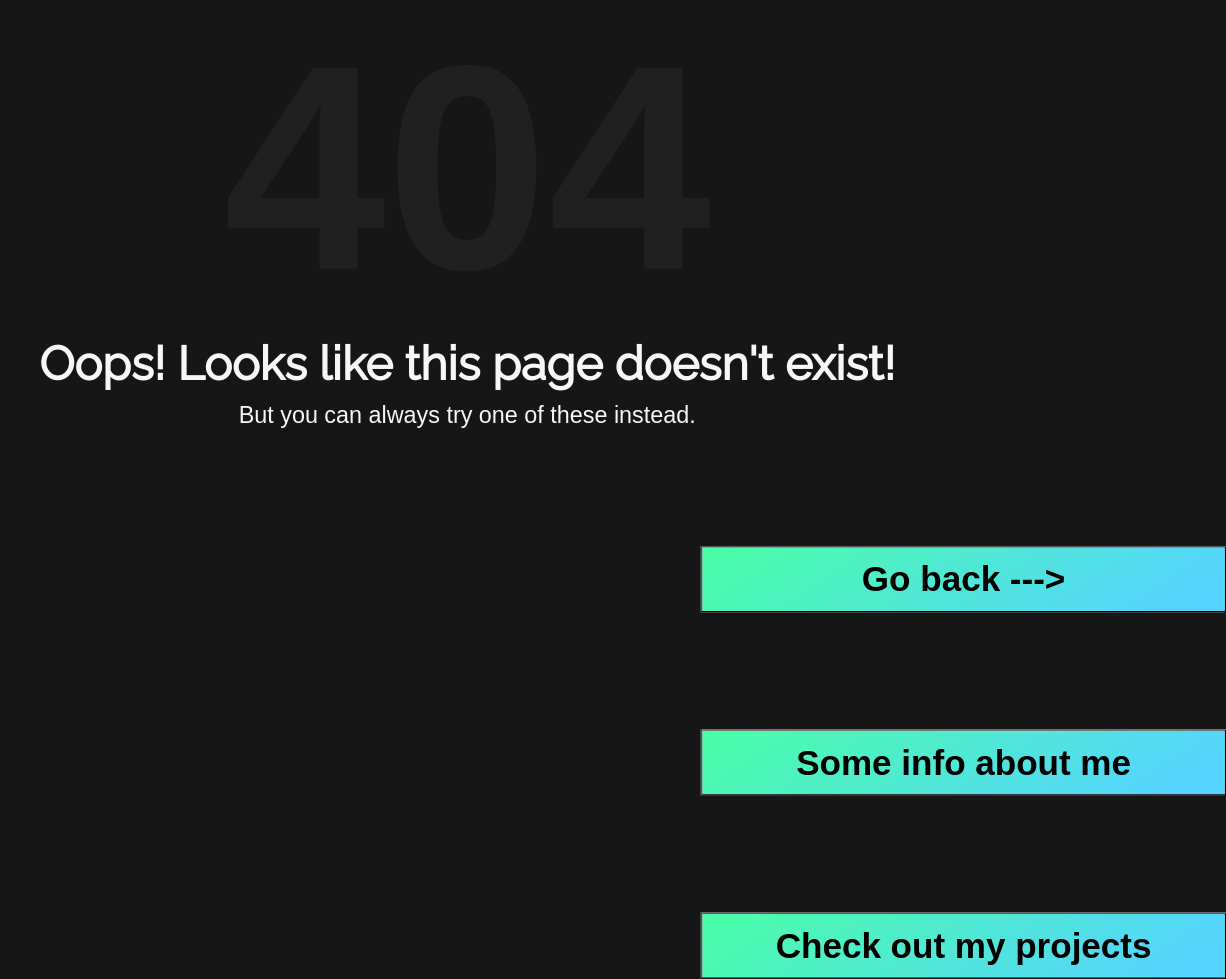
Repository: TeeJaysDev/Portfolio
Page: 404.html
The author's editor kept a copy of each file at every save. The page is drawn from the files as they stood at one save, then again after the next save.
The browser window is 1280 px wide. The page is 1680 px wide, then 1280 px, then 1680 px, so the pictures cover 1680 px, including what lies to the right of the window. The pictures show the whole page, at 73% of full size.

Above is the page before, as saved 2021-08-26 22:01:42.

### 404.html
<!DOCTYPE html>
<html lang="en">
<head>
    <meta charset="UTF-8">
    <meta http-equiv="X-UA-Compatible" content="IE=edge">
    <meta name="viewport" content="width=device-width, initial-scale=1.0">
    <script type="text/javascript" src="script.js"></script>
    <link rel="stylesheet" href="404.css">
    <link rel="preconnect" href="https://fonts.gstatic.com">
    <link href="https://fonts.googleapis.com/css2?family=Raleway&display=swap" rel="stylesheet">
    <title>Tymon Jędryczka | Portfolio</title>
</head>
<body>
    <section class="error">
        <h2>
            404
        </h2>
        <h1>
            Oops! Looks like this page doesn't exist!
        </h1>
        <h3>
            But you can always try one of these instead.
        </h3>
        <button>
            <a href="https://teejay.dev" target="_blank" rel="noopener">Go back ---></a>
        </button>
        <button>
            <a href="https://teejay.dev/#about" target="_blank" rel="noopener">Some info about me</a>
        </button>
        <button>
            <a href="https://teejay.dev/#projects" target="_blank" rel="noopener">Check out my projects</a>
        </button>
    </section>
</body>
</html>

### 404.css
@import url('https://fonts.googleapis.com/css2?family=Raleway&display=swap');

* {
    margin: 0;
    padding: 0;
    box-sizing: border-box;
    font-family: sans-serif;
    text-decoration: none;
    list-style: none;
    z-index: 1;
}

body {
    background-color: #161616;
}

h1, h3 {
    display: flex;
    justify-content: center;
    color: #F7F7F7;
}

h1 {
    font-family: Raleway;
    font-size: 4rem;
    font-weight: 700;
    margin-bottom: 1rem;
}

h3 {
    font-family: Arial, Helvetica, sans-serif;
    font-size: 2rem;
    font-weight: 400;
}

h2 {
    display: flex;
    justify-content: center;
    color: #202020;
    font-size: 25rem;
    z-index: 0;
}

button a {
    text-align: center;
    font-size: 3rem;
    color: #000000;
}

button {
    padding: 1rem 2rem 1rem 2rem;
    width: 45rem;
    font-weight: bold;
    text-align: center;
    margin-left: 60rem;
    margin-top: 10rem;
    background-image: linear-gradient(147deg, #4bffa5, #54d4ff 90%);
    color: #000000;
    cursor: pointer;
}

@media only screen
and (min-width: 320px)
and (max-width: 375px) {

    h1 {
        min-width: 17ch;
        text-align: right;
        margin-left: 1.5rem;
        margin-top: 4rem;
        font-size: 2rem;
    }

    h2 {
        margin-top: 7rem;
        margin-left: 0.5rem;
        font-size: 12rem;
    }

    button {
        margin-top: 5rem;
        margin-left: 0.3rem;
    }
}

@media only screen
and (min-width: 375px)
and (max-width: 425px) {

    h1 {
        min-width: 20ch;
        text-align: right;
        margin-left: 1rem;
        margin-top: 4rem;
        font-size: 2rem;
    }

    h2 {
        margin-top: 7rem;
        margin-left: 2rem;
        font-size: 12rem;
    }

    button {
        margin-top: 10rem;
        margin-left: 2rem;
    }
}

@media only screen
and (min-width: 425px)
and (max-width: 768px) {

    h1 {
        text-align: right;
        margin-left: 2rem;
        margin-top: 4rem;
        font-size: 2rem;
    }

    h2 {
        margin-top: 7rem;
        margin-left: 3rem;
        font-size: 12rem;
    }

    button {
        margin-top: 5rem;
        margin-left: 3rem;
    }
}

@media only screen
and (min-width: 768px)
and (max-width: 1024px) {

    h1 {
        text-align: right;
        margin-left: 2rem;
        margin-top: 4rem;
        font-size: 2rem;
    }

    h2 {
        margin-top: 3rem;
        margin-left: 3rem;
        font-size: 25rem;
    }

    button {
        margin-top: 3rem;
        margin-left: 15rem;
    }
}

Loaded but not shown: script.js (no stored copy; drawn as an empty file)

After the next save:
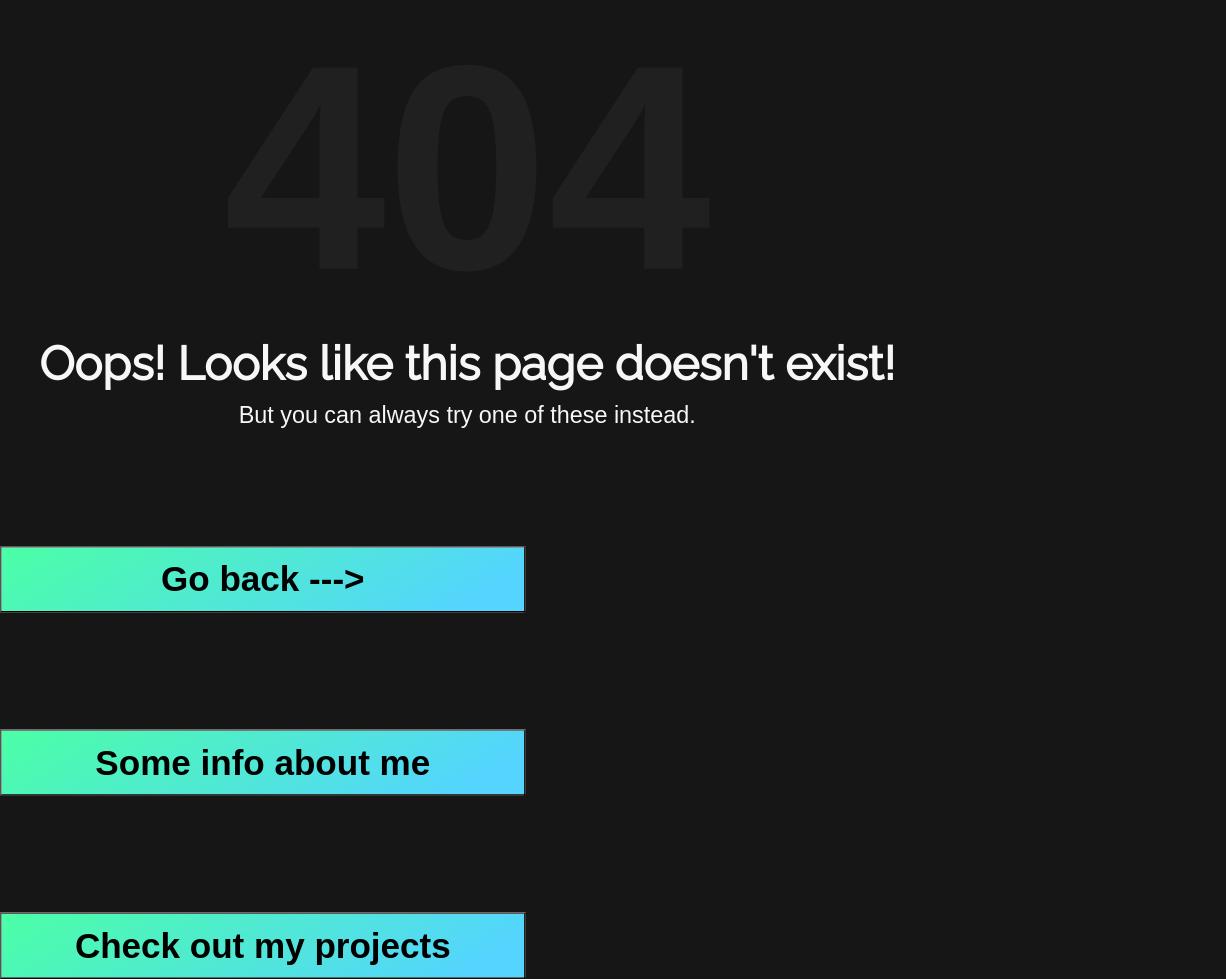
Saved 9 s later.
--- a/404.css
+++ b/404.css
@@ -52,7 +52,6 @@ button {
     width: 45rem;
     font-weight: bold;
     text-align: center;
-    margin-left: 60rem;
     margin-top: 10rem;
     background-image: linear-gradient(147deg, #4bffa5, #54d4ff 90%);
     color: #000000;

After the save that followed:
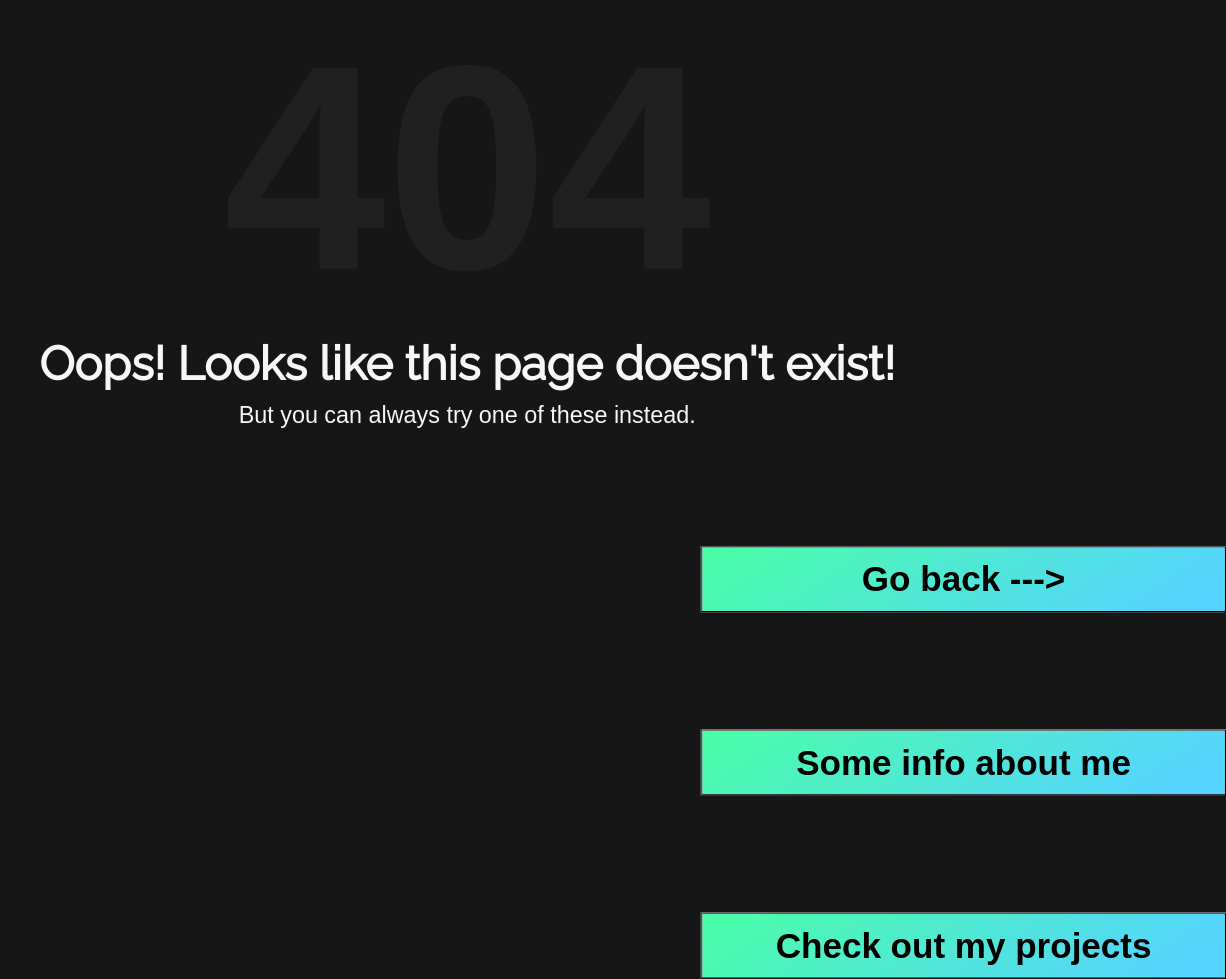
Saved 12 s later.
--- a/404.css
+++ b/404.css
@@ -52,6 +52,7 @@ button {
     width: 45rem;
     font-weight: bold;
     text-align: center;
+    margin-left: 60rem;
     margin-top: 10rem;
     background-image: linear-gradient(147deg, #4bffa5, #54d4ff 90%);
     color: #000000;
